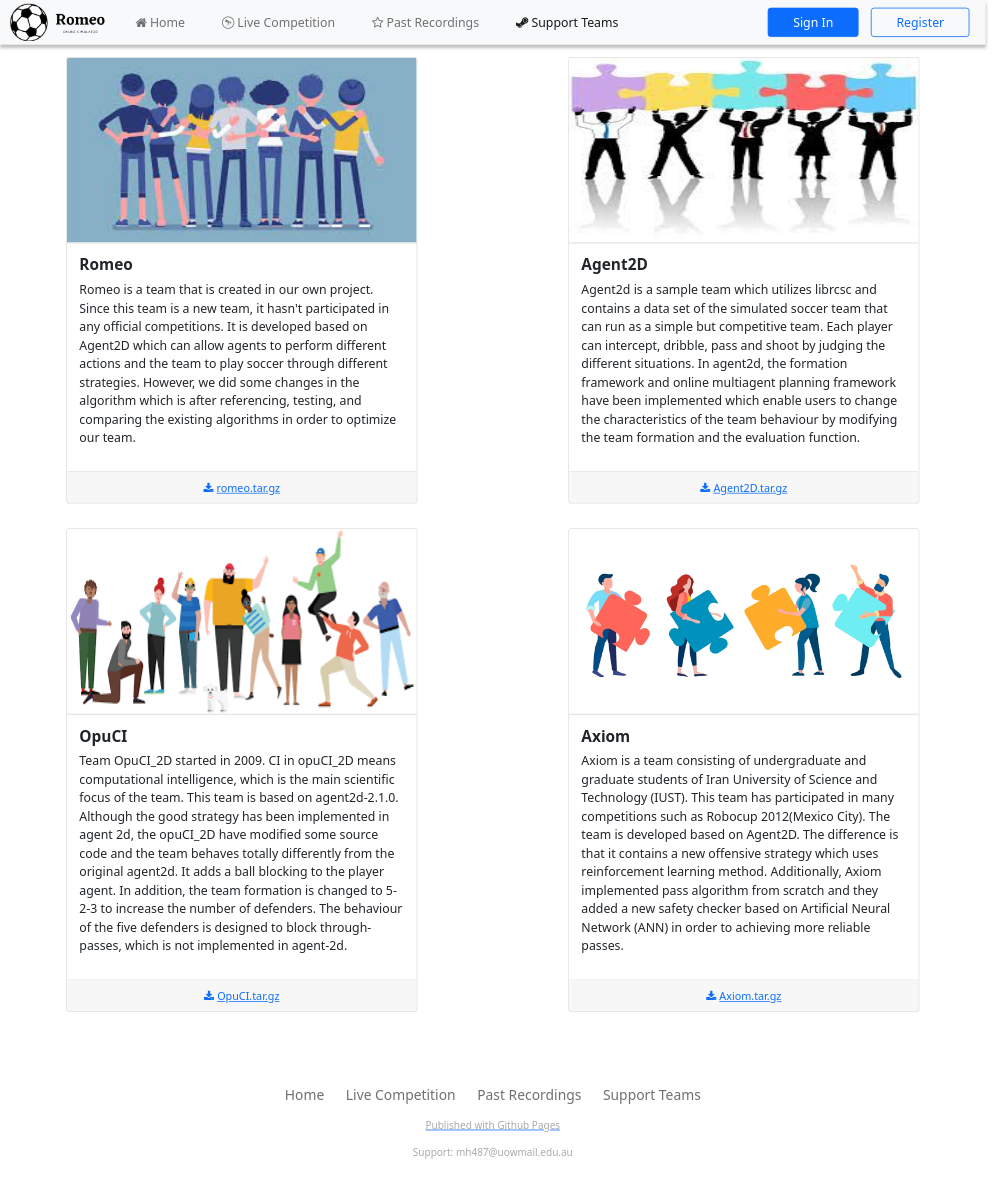
Repository: romeoonlinesim/romeoonlinesim.github.io
Page: /teams (app in client/)
An editor plug-in stored every save of this project. The page is shown before and after the next save, followed by the edit.
The browser window is 1280 px wide. The page is 1292 px wide, so the pictures cover 1292 px, including what lies to the right of the window. The pictures show the whole page, at 77% of full size.
The page's requests for data from a server got no answer. The project was rebuilt for these pictures with package versions that can differ from the ones it lists, and the page was loaded fresh each time. No one was signed in, and anything a server would have sent is missing. Also part of the build but not shown: client/src/home/Home.jsx, client/src/competition/Competition.scss, client/src/competition/Competition.jsx, client/src/recordings/Recordings.jsx, client/src/login/Login.scss, client/src/login/Login.jsx, client/src/register/Register.jsx.

Above is the page before, as saved 2021-07-15 20:50:41.

### client/src/App.js
import React, { useState, useEffect, useRef } from "react";
import socketIOClient from "socket.io-client";
import { Route, Switch } from "react-router-dom";

import Navbar from "./common/navbar";
import Footer from "./common/footer";
import Home from "./home/Home";
import Competition from "./competition/Competition";
import Recordings from "./recordings/Recordings";
import Teams from "./teams/Teams";
import Login from "./login/Login";
import Register from "./register/Register";

import "./App.scss";

const host = "http://localhost:3000";

function App() {
  const [mess, setMess] = useState([]);
  const [message, setMessage] = useState('');
  const [id, setId] = useState();

  const socketRef = useRef();
  const messagesEnd = useRef();

  useEffect(() => {
    socketRef.current = socketIOClient.connect(host);

    socketRef.current.on("getId", data => {
      setId(data);
    });

    socketRef.current.on("sendDataServer", dataGot => {
      //if there are new messages, mess will be re-rendered
      setMess(oldMsgs => [...oldMsgs, dataGot.data]);
      scrollToBottom();
    });


    return () => {
      socketRef.current.disconnect();
    };
  }, []);

  const sendMessage = () => {
    if (message !== null) {
      const msg = {
        content: message,
        id: id
      }

      socketRef.current.emit("sendDataClient", msg);
      setMessage();
    }
  }

  const renderMess = mess.map((m, index) =>
    <div key={index} className={`${m.id === id ? 'your-message' : 'other-people'} chat-item`}>
      {m.content + m.id}
    </div>
  );

  const handleChange = (e) => {
    setMessage(e.target.value);
  }

  const onEnterPress = (e) => {
    if (e.keyCode === 13 && e.shiftKey === false) {
      sendMessage();
    }
  }

  const scrollToBottom = () => {
    messagesEnd.current.scrollIntoView({behavior: "smooth"});
  }

  const Main = () => (
    <Switch>
      <Route exact path="/" component={Home}></Route>
      <Route exact path="/competition" component={Competition}></Route>
      <Route exact path="/recordings" component={Recordings}></Route>
      <Route exact path="/teams" component={Teams}></Route>
      <Route exact path="/login" component={Login}></Route>
      <Route exact path="/register" component={Register}></Route>
    </Switch>
  );

  return (
    <div>
      <Navbar />
      <Main />
      <Footer />
    </div>
  );
}


  /*return (
    <div>


    <Navbar />
    <div class="box-chat">
    <div class="box-chat_message">
        {renderMess}
        <div style={{ float:"left", clear: "both" }}
              ref={messagesEnd}>
          </div>
    </div>

    <div class="send-box">
        <textarea
          value={message}
          onKeyDown={onEnterPress}
          onChange={handleChange}
          placeholder="Enter your message ..."
        />
        <button onClick={sendMessage}>
          Send
        </button>
    </div>
  </div>
  </div>);*/

export default App;

### client/src/common/navbar.jsx
import React from "react";
import {NavLink} from "react-router-dom";
import 'bootstrap/dist/css/bootstrap.min.css';
import 'font-awesome/css/font-awesome.min.css';
import "./navbar.scss";
import logo from "../img/logo-romeo-header.png";

class Navbar extends React.Component {
    render() {
        return (
        <nav className="navbar navbar-expand-lg navbar-light bg-light">
            <a href="index.html" className="navbar-brand">
                <img id="logo" src={logo} alt="Romeo Online Simulation"/>
            </a>
            <div className="collapse navbar-collapse" id="navbarSupportedContent">
            <ul className="navbar-nav mr-auto">
                <li className="nav-item">
                    <NavLink exact activeClassName="active" to="/" className="nav-link">
                        <i className="fa fa-home"></i>
                        Home
                    </NavLink>
                </li>
                <li className="nav-item">
                    <NavLink exact activeClassName="active" to="/competition" className="nav-link">
                        <i className="fa fa-wpexplorer"></i>
                        Live Competition
                    </NavLink>
                </li>
                <li className="nav-item">
                    <NavLink exact activeClassName="active" to="/recordings" className="nav-link">
                        <i className="fa fa-star-o"></i>
                        Past Recordings
                    </NavLink>
                </li>
                <li className="nav-item">
                    <NavLink exact activeClassName="active" to="/teams" className="nav-link">
                        <i className="fa fa-steam"></i>
                        Support Teams
                    </NavLink>
                </li>
            </ul>
            </div>
            <div id="navbar-right" className="navbar-right">
                <ul className="navbar-nav mr-auto">
                    <li className="nav-item">
                        <NavLink to="/login" id="login" className="btn btn-primary">Sign In</NavLink>
                    </li>
                    <li className="nav-item">
                        <NavLink to="/register" id="register" className="btn btn-outline-primary">Register</NavLink>
                    </li>
                </ul>
            </div>
        </nav>
        );
    }
}

export default Navbar;

### client/src/common/footer.jsx
import React from "react";
import "./footer.scss";

class Footer extends React.Component {
    render() {
        return (
            <div className="footer-basic">
                <footer>
                    <ul className="list-inline">
                        <li className="list-inline-item"><a href="#">Home</a></li>
                        <li className="list-inline-item"><a href="#">Live Competition</a></li>
                        <li className="list-inline-item"><a href="#">Past Recordings</a></li>
                        <li className="list-inline-item"><a href="#">Support Teams</a></li>
                    </ul>
                    <div className="text-center"><a href="https://www.github.com/" target="_blank">
                        <p className="copyright">Published with Github Pages</p>
                        </a></div><a target="_blank">
                        <p className="copyright">Support: mh487@uowmail.edu.au</p>
                    </a>
                </footer>
            </div>
        );
    }
}

/*<a href="https://www.github.com/" target="_blank" rel="noreferrer">
                            <p className="copyright">Published with Github Pages</p>
                        </a>

<a href="mailto:mh487@uowmail.edu.au" target="_blank" rel="noreferrer">
                        <p className="copyright">Support: mh487@uowmail.edu.au</p>
                    </a>*/
export default Footer;

### client/src/teams/Teams.jsx
import React from "react";

import img1 from "../img/1.jpg";
import img2 from "../img/2.jpg";
import img3 from "../img/3.png";
import img4 from "../img/4.jpg";

import "./Teams.scss";

const romeoDescription = "Romeo is a team that is created in our own project. Since this team is a new team, it hasn't participated in any official competitions. It is developed based on Agent2D which can allow agents to perform different actions and the team to play soccer through different strategies. However, we did some changes in the algorithm which is after referencing, testing, and comparing the existing algorithms in order to optimize our team.";
const agent2dDescription = "Agent2d is a sample team which utilizes librcsc and contains a data set of the simulated soccer team that can run as a simple but competitive team. Each player can intercept, dribble, pass and shoot by judging the different situations. In agent2d, the formation framework and online multiagent planning framework have been implemented which enable users to change the characteristics of the team behaviour by modifying the team formation and the evaluation function.";
const opuCIDescription = "Team OpuCI_2D started in 2009. CI in opuCI_2D means computational intelligence, which is the main scientific focus of the team. This team is based on agent2d-2.1.0. Although the good strategy has been implemented in agent 2d, the opuCI_2D have modified some source code and the team behaves totally differently from the original agent2d. It adds a ball blocking to the player agent. In addition, the team formation is changed to 5-2-3 to increase the number of defenders. The behaviour of the five defenders is designed to block through-passes, which is not implemented in agent-2d.";
const axiomDescription = "Axiom is a team consisting of undergraduate and graduate students of Iran University of Science and Technology (IUST). This team has participated in many competitions such as Robocup 2012(Mexico City). The team is developed based on Agent2D. The difference is that it contains a new offensive strategy which uses reinforcement learning method. Additionally, Axiom implemented pass algorithm from scratch and they added a new safety checker based on Artificial Neural Network (ANN) in order to achieving more reliable passes.";

class Teams extends React.Component {


    render() {
        return (
            <div className="row">
                <div className="card-cover col-4 py-3 mx-auto col-xl-4 col-lg-6 col-md-6 col-sm-12">
                    <div className="card"><a href="#"><img className="img-fluid card-img-top" src={img1} /></a>
                        <div className="card-body">
                        <h5>Romeo</h5>
                        <p>{romeoDescription}</p>
                        </div>
                        <div className="card-footer text-center"><small><a href="#"><i className="fa fa-download pe-1" />romeo.tar.gz<br /></a></small></div>
                    </div>
                </div>
                <div className="card-cover col-4 py-3 mx-auto col-xl-4 col-lg-6 col-md-6 col-sm-12">
                    <div className="card"><a href="#" rel="noreferrer"><img className="card-img-top" src={img2} /></a>
                        <div className="card-body">
                        <h5>Agent2D</h5>
                        <p>{agent2dDescription}</p>
                        </div>
                        <div className="card-footer text-center"><small><a href="#"><i className="fa fa-download pe-1" />Agent2D.tar.gz<br /></a></small></div>
                    </div>
                </div>
                <div className="card-cover col-4 py-3 mx-auto col-xl-4 col-lg-6 col-md-6 col-sm-12">
                    <div className="card">
                        <a href="#"><img className="card-img-top" src={img3} /></a>
                        <div className="card-body">
                        <h5>OpuCI</h5>
                        <p>{opuCIDescription}</p>
                        </div>
                        <div className="card-footer text-center"><small><a href="#"><i className="fa fa-download pe-1" />OpuCI.tar.gz<br /></a></small></div>
                    </div>
                </div>
                <div className="card-cover col-4 py-3 mx-auto col-xl-4 col-lg-6 col-md-6 col-sm-12">
                    <div className="card">
                        <a href="#"><img className="card-img-top" src={img4} /></a>
                        <div className="card-body">
                        <h5>Axiom</h5>
                        <p>{axiomDescription}</p>
                        </div>
                        <div className="card-footer text-center"><small><a href="#"><i className="fa fa-download pe-1" />Axiom.tar.gz<br /></a></small></div>
                    </div>
                </div>
            </div>
        );
    }
}

export default Teams;

### client/src/App.scss
.App {
  text-align: center;
  background: linear-gradient(gray, black);

}

.chat-item {
  width: 50%;
}
.your-message {
  background: #009bff;
  margin: 1em;
  border-radius: 1em;
  padding: 1em;
  color: white;
  float: right;
}

.other-people {
  background: #868686;
  margin: 1em;
  border-radius: 1em;
  padding: 1em;
  color: white;
  text-align: left;
  float: left;
}

.box-chat_message {
  min-height: 60vh;
  max-height: 60vh;
  overflow-y: auto;

}
.box-chat {
  width:70%;
  margin: 0 auto;
  margin-top: 100px;
  box-shadow: 0 0 10px 0 black;
  border-radius: 1em;
}

.send-box {
  width: 100%;
  padding: 1em;
}

textarea {
  width: 80%;
  margin: 0;
  padding: 0.5em;
  background: #ebf5ff;
  border-radius: 2em;
  display: flex;
  float: left;
}

button {
  width: 10%;
  background: #6650ff;
  color: white;
  margin-left: 10px;
  border: none;
  border-radius: 1em;
  cursor: pointer;
  padding: 1em;
  text-align: center;

}
button:hover {
  background: black;
}
textarea:focus {outline:0;}


/* width */
::-webkit-scrollbar {
  width: 5px;
}

/* Track */
::-webkit-scrollbar-track {
  background: #f1f1f1;
}

/* Handle */
::-webkit-scrollbar-thumb {
  background: #dadada;
  border-radius: 1em;

}

/* Handle on hover */
::-webkit-scrollbar-thumb:hover {
  background: #555;
}

### client/src/common/navbar.scss
.navbar {
	padding-left: 1%;
	padding-right: 1%;
	padding-top: 0%;
	padding-bottom: 0%;
	box-shadow: 0px 4px 4px rgba(0, 0, 0, 0.25);

    i {
        padding-right: 4px;
    }
}
.navbar-nav {
	>li {
		padding-left: 16px;
		padding-right: 16px;
	}
}
.navbar-right {
    li {
        padding-left: 8px;
        padding-right: 8px;
    }
	a {
		padding-left: 32px;
		padding-right: 32px;
	}
}

#logo {
    height: 3rem;
    width:auto;
}

### client/src/common/footer.scss
.footer-basic {
    padding: 40px 0;
    background-color: #ffffff;
    color: #4b4c4d;
  }

.footer-basic ul {
padding: 0;
list-style: none;
text-align: center;
font-size: 18px;
line-height: 1.6;
margin-bottom: 0;
}

.footer-basic li {
padding: 0 10px;
}

.footer-basic ul a {
color: inherit;
text-decoration: none;
opacity: 0.8;
}

.footer-basic ul a:hover {
opacity: 1;
}

.footer-basic .social {
text-align: center;
padding-bottom: 25px;
}

.footer-basic .social > a {
font-size: 24px;
width: 40px;
height: 40px;
line-height: 40px;
display: inline-block;
text-align: center;
border-radius: 50%;
border: 1px solid #ccc;
margin: 0 8px;
color: inherit;
opacity: 0.75;
}

.footer-basic .social > a:hover {
opacity: 0.9;
}

.footer-basic .copyright {
margin-top: 15px;
text-align: center;
font-size: 13px;
color: #aaa;
margin-bottom: 0;
}

### client/src/home/Home.scss
@import url("https://fonts.googleapis.com/css?family=Montserrat");
@import url("https://fonts.googleapis.com/css?family=Comfortaa");

@media (min-width: 768px) {
    .backgroundimages {
      height: 380px;
      width: 100%;
      background-position: center;
      background-repeat: no-repeat;
      background-size: cover;
      background-image: url("../img/bg-1.png");
    }
  }

  @media (max-width: 767px) {
    .backgroundimages {
      width: 100%;
      height: 300px;
      background-position: center;
      background-size: cover;
      background-image: url("../img/bg-1.png");
    }
  }

  @media (min-width: 1500px) {
    .backgroundimages {
      width: 100%;
      height: 500px;
      background-position: center;
      background-size: cover;
      background-image: url("../img/bg-1.png");
    }
  }


  .background-img {
    max-width: 100%;
    height: auto;
  }

  #logo {
    max-height: 3rem;
    width:auto;
  }


  .text {
    align-items: center;
    display:grid;
    grid-row-gap: 0%;
  }

  h3 {
    font-weight: bold;
  }

  .para {
    font-family: Montserrat;
    font-style: normal;
    font-weight: normal;
    font-size: 32px;
    line-height: 50px;
    margin-bottom: 0%;
    /* or 139% */

    letter-spacing: -0.015em;

    color: rgba(0, 0, 0, 0.8);

    text-indent: 3%;
  }

  .row {
    padding-bottom: 3%;
  }

  .no-padding {
    padding-bottom: 0.25%;
  }

  .padding-1 {
    padding-bottom: 1%;
  }

  .padding-2 {
    padding-bottom: 2%;
  }

  .footer {
    background: #555555;
    max-height: min-content;
  }

  .support-text {
    font-family: Comfortaa;
    font-style: normal;
    font-weight: normal;
    font-size: 23.4444px;
    line-height: 32px;
    align-items: center;
    text-align: center;
    letter-spacing: -0.015em;

    color: #FFFFFF;
  }

  .support-email {
    font-family: Comfortaa;
    font-style: normal;
    font-weight: normal;
    font-size: 16px;
    display: flex;
    flex-direction: column;
    justify-content: flex-end;
    text-align: right;
    letter-spacing: -0.015em;

    color: #FFFFFF;
    padding-right: 0%;
    padding-left: 0%;
  }

  .github-text {
    font-family: Comfortaa;
    font-style: normal;
    font-weight: normal;
    font-size: 16px;
    display: flex;
    flex-direction: column;
    justify-content: flex-end;
    text-align: left;
    letter-spacing: -0.015em;

    color: #FFFFFF;
    padding-right: 0%;
    padding-left: 0%;
  }

  .line {
    height: 1px;
    border-width: 1px;
    border-style: solid;
    border-color: rgba(0, 0, 0, 0.25);
    padding-bottom: 0px;
  }


  .right {
    text-align: right;
    float: right;
  }

  .grey {
    background: #F5F5F5;
  }

  .container-fluid {
    max-width: 75%;
  }

  .watermark {
    position: absolute;

    right: 1%;
    top: 10%;

    font-family: Montserrat;
    font-style: italic;
    font-weight: bold;
    font-size: 60px;
    line-height: 80px;
    /* identical to box height, or 143% */

    text-align: center;
    letter-spacing: -0.015em;
  }

### client/src/teams/Teams.scss
#visit_list .card-img-top {
    width: 100%;
    height: 10vw;
    object-fit: cover;
}

.row-team {
    padding-left: 10%;
    padding-right: 10%;
}

.card-cover {
    min-width: 30rem;
    min-height: 30rem;
}

.card {
    width: 100%;
    height: 100%;
}

.card-body {
    border-top: 0.05rem solid lightgrey;
}

.card-img-top {
    height:15rem;
}

h5 {
    font-weight: bold;
}

Loaded but not shown: client/public/index.html (common file); client/src/index.js (common file); client/src/index.css (common file); client/src/reportWebVitals.js (common file); client/src/recordings/Recordings.scss (no stored copy; drawn as an empty file); client/src/register/Register.scss (no stored copy; drawn as an empty file)

After the next save:
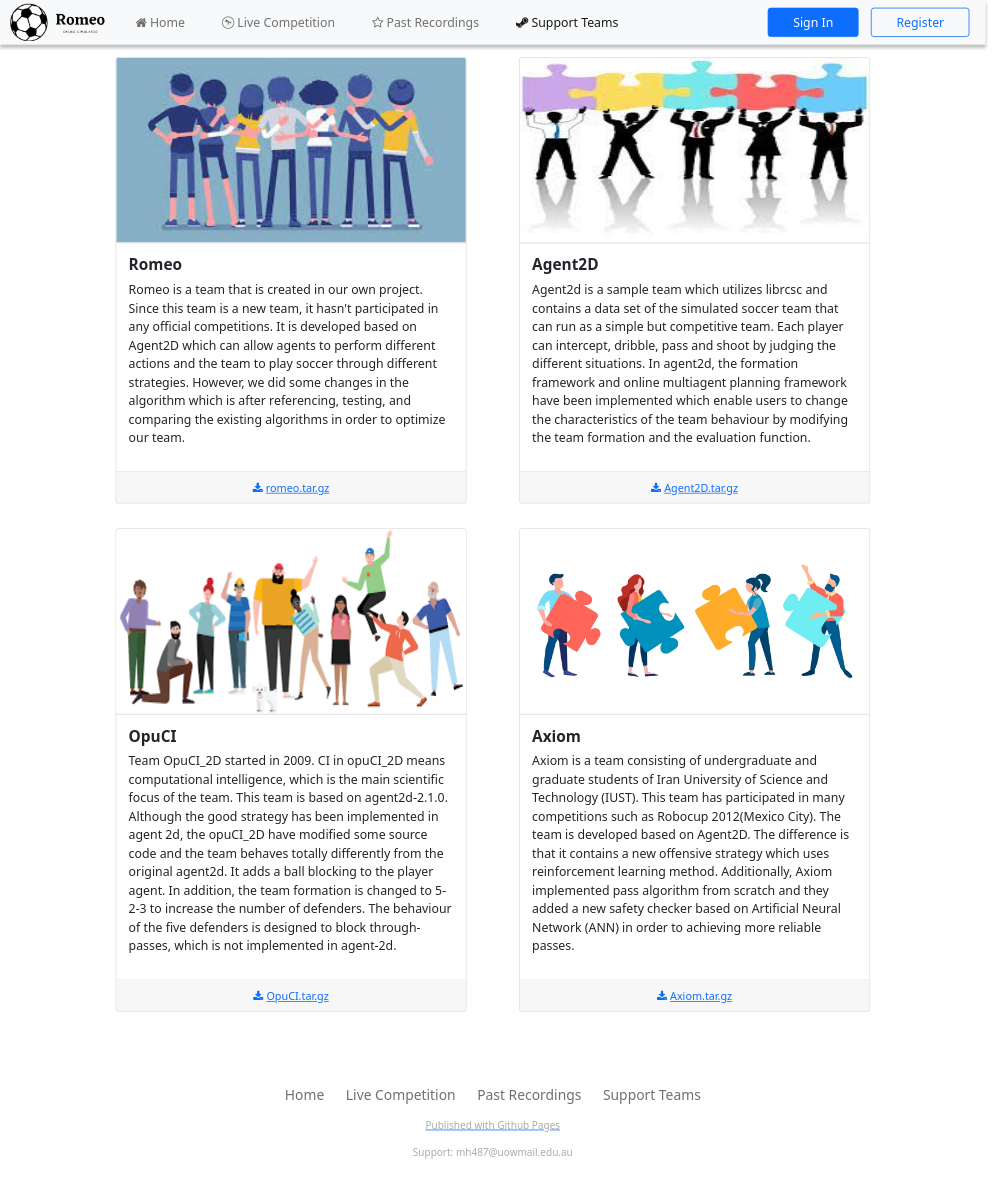
Saved 10 s later.
--- a/client/src/teams/Teams.jsx
+++ b/client/src/teams/Teams.jsx
@@ -17,7 +17,7 @@
 
     render() {
         return (
-            <div className="row">
+            <div className="row row-team">
                 <div className="card-cover col-4 py-3 mx-auto col-xl-4 col-lg-6 col-md-6 col-sm-12">
                     <div className="card"><a href="#"><img className="img-fluid card-img-top" src={img1} /></a>
                         <div className="card-body">
